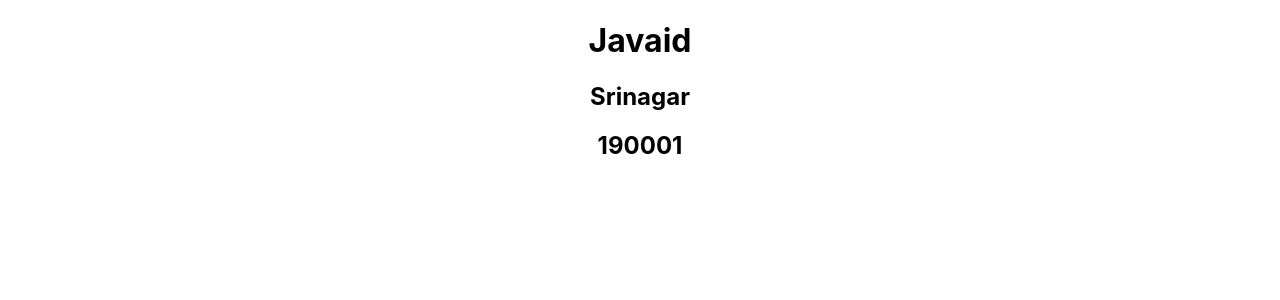
Repository: JavaidAhmadKhan/framer-motion-reacr
Page: /
The author's editor kept a copy of each file at every save. The page is drawn from the files as they stood at one save, then again after a run of saves.
The browser window is 1280 px wide. The pictures show the whole page.
The project was rebuilt for these pictures with package versions that can differ from the ones it lists, and the page was loaded fresh each time.

Above is the page before, as saved 2022-05-19 17:17:29.

After the next 2 saves:
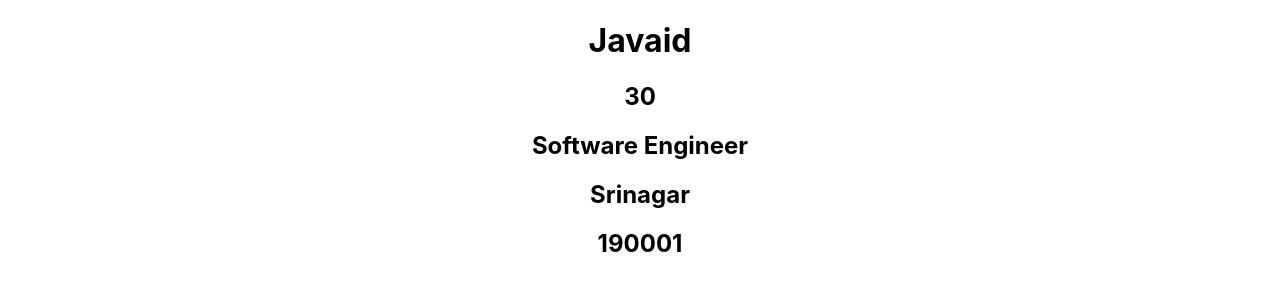
The 2 saves are shown as one change because they came seconds apart.
The last was saved 83 s later.
--- a/src/App.js
+++ b/src/App.js
@@ -9,6 +9,7 @@ class App extends Component {
     this.state = {
       name: "Javaid",
       age: 30,
+      profession: "Software Engineer",
       address: {
         city: "Srinagar",
         pincode: "190001",
@@ -20,7 +21,11 @@ class App extends Component {
     console.log("render");
     return (
       <div className="App">
-        <h1>{this.state.name}</h1>
+        <div>
+          <h1>{this.state.name}</h1>
+          <h2>{this.state.age}</h2>
+          <h2>{this.state.profession}</h2>
+        </div>
         <h2>{this.state.address.city}</h2>
         <h2>{this.state.address.pincode}</h2>
       </div>
